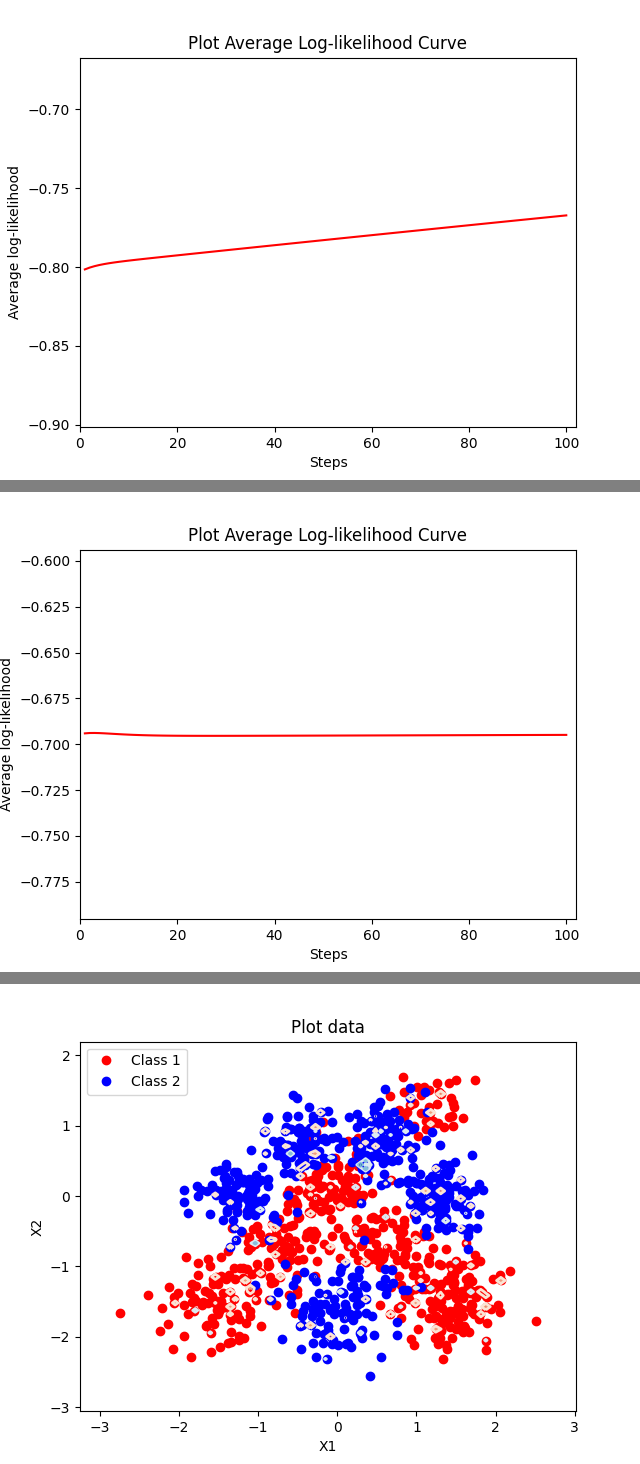
Repository: DhruvTrehan03/3F8
Script's output: python Lab.py
The author's editor kept a copy of each file at every save. The script's output is drawn from the files as they stood at one save, then again after the next save.
Each picture stacks the figures in order, with grey between them; figures that are only written to a file come last. Random numbers start from a fixed seed.

Above is the script's output before, as saved 2024-02-16 12:49:51.

After the next save:
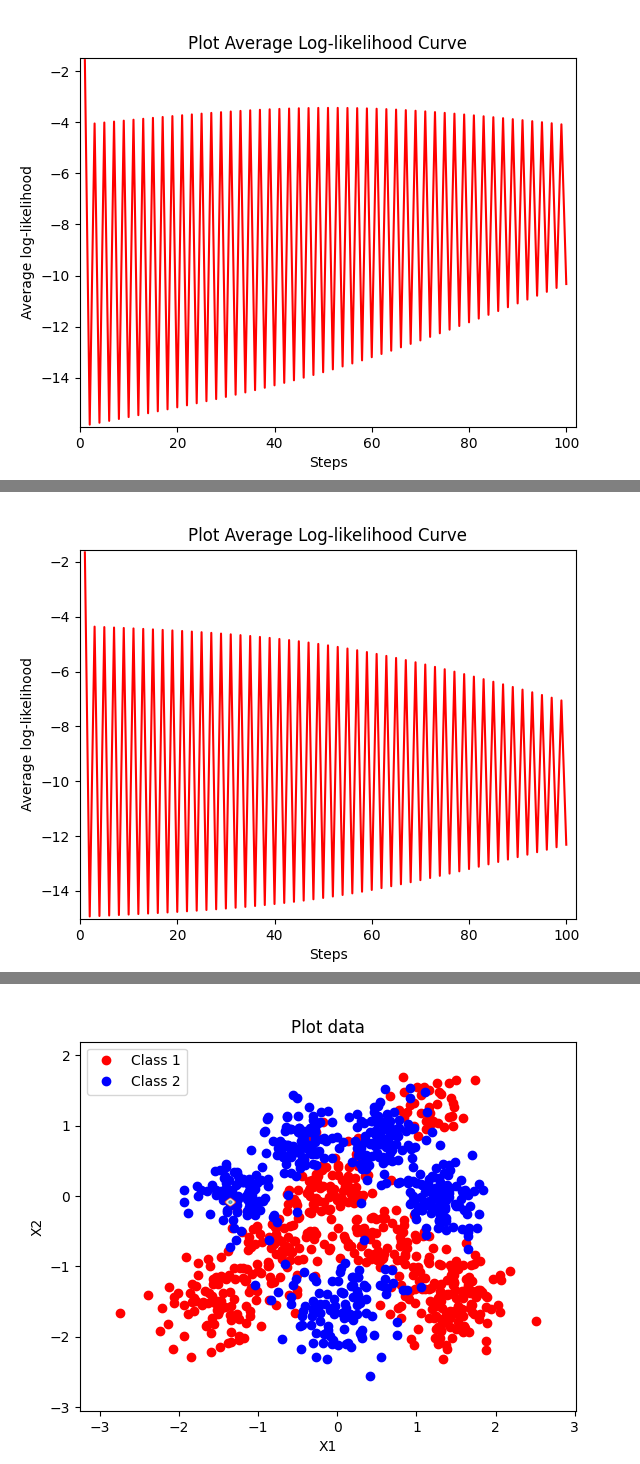
Saved 7 s later.
--- a/Lab.py
+++ b/Lab.py
@@ -131,7 +131,7 @@ X_tilde_test = get_x_tilde(evaluate_basis_functions(l, X_test, X_train))
 
 # We train the new classifier on the feature expanded inputs
 
-alpha = 0.001 # Learning rate for gradient-based optimisation with basis functions. To be completed by the student
+alpha = 0.1 # Learning rate for gradient-based optimisation with basis functions. To be completed by the student
 n_steps = 100 # Number of steps of gradient-based optimisation with basis functions. To be completed by the student
 
 w, ll_train, ll_test = fit_w(X_tilde_train, y_train, X_tilde_test, y_test, n_steps, alpha)
